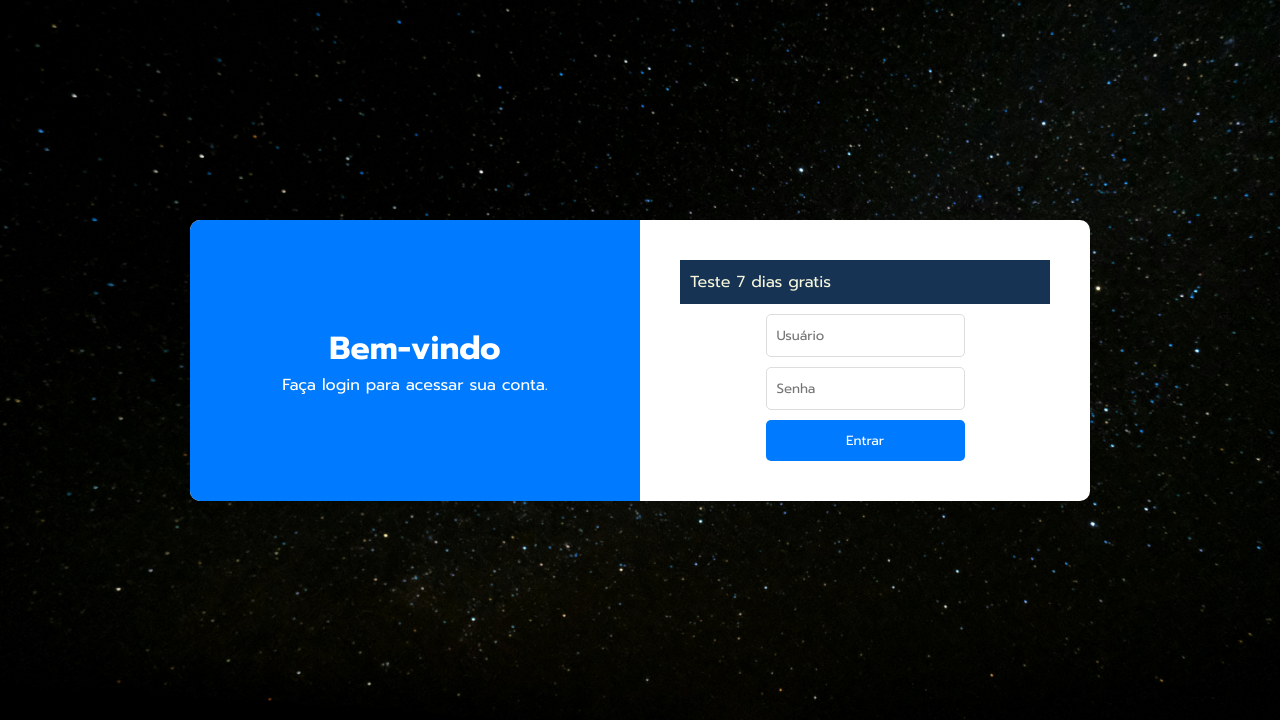
Repository: joao-paulo-paiva/tela-login
Page: index.html
These files come from the project's save history. The page is drawn as it stood at one moment and after a run of saves; the edit follows.
The browser window is 1280 px wide. The pictures show the whole page.

Above is the page before, as saved 2025-04-15 11:14:11.

### index.html
<!DOCTYPE html>
<html lang="pt-br">
<head>
    <meta charset="UTF-8">
    <meta name="viewport" content="width=device-width, initial-scale=1.0">
    <title>Tela de Login</title>
    <link rel="stylesheet" href="style.css">
    <link rel="preconnect" href="https://fonts.googleapis.com">
    <link rel="preconnect" href="https://fonts.gstatic.com" crossorigin>
    <link href="https://fonts.googleapis.com/css2?family=DM+Sans:ital,opsz,wght@0,9..40,100..1000;1,9..40,100..1000&family=Montserrat:ital,wght@0,100..900;1,100..900&family=Prompt:ital,wght@0,100;0,200;0,300;0,400;0,500;0,600;0,700;0,800;0,900;1,100;1,200;1,300;1,400;1,500;1,600;1,700;1,800;1,900&display=swap" rel="stylesheet">
</head>
<body>
    <div class="container">
        <div class="esquerda">
            <h1>Bem-vindo</h1>
            <p>Faça login para acessar sua conta.</p>
        </div>
        <div class="direita">
            <a href="#" class="teste-gratis">Teste 7 dias gratis</a>
            <form action="#" method="POST">
                <input type="text" placeholder="Usuário" required>
                <input type="password" placeholder="Senha" required>
                <button type="submit">Entrar</button>
            </form>
        </div>
    </div>
</body>
</html>

### style.css
* {
    margin: 0;
    padding: 0;
    box-sizing: border-box;
    font-family: "Prompt", sans-serif;
}

body {
    display: flex;
    justify-content: center;
    align-items: center;
    height: 100vh;
    background-image: url(./imagens/pexels-francesco-ungaro-998641.jpg);
    background-size: cover;
    background-position: center;
    background-repeat: no-repeat;
}

.container {
    display: flex;
    width: 80%;
    max-width: 900px;
    background: white;
    border-radius: 10px;
    overflow: hidden;
}

.esquerda, .direita {
    width: 50%;
    padding: 40px;
}

.esquerda {
    background-color: #007bff;
    color: white;
    display: flex;
    flex-direction: column;
    justify-content: center;
    align-items: center;
}

.direita {
    display: flex;
    flex-direction: column;
    justify-content: center;
    align-items: center;
}

input {
    display: block;
    width: 100%;
    padding: 10px;
    margin: 10px 0;
    border: 1px solid #ddd;
    border-radius: 5px;
}
.teste-gratis{
    display: flex;
    width: 100%;
    padding: 10px;
    background-color: #163353;
    text-decoration: none;
    color: beige;
}
button {
    width: 100%;
    padding: 10px;
    background-color: #007bff;
    color: white;
    border: none;
    border-radius: 5px;
    cursor: pointer;
}

After the next 2 saves:
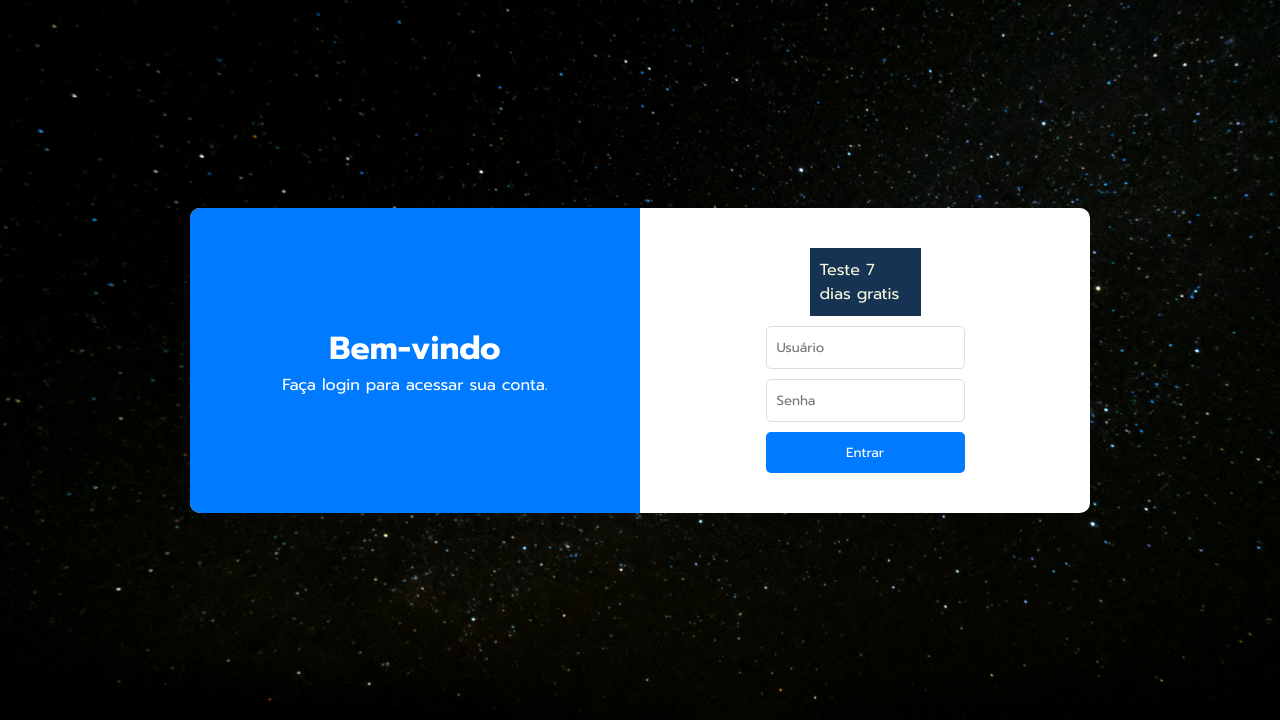
The 2 saves are shown as one change because they came seconds apart.
The last was saved 17 s later.
--- a/style.css
+++ b/style.css
@@ -56,7 +56,7 @@ input {
 }
 .teste-gratis{
     display: flex;
-    width: 100%;
+    width: 30%;
     padding: 10px;
     background-color: #163353;
     text-decoration: none;
